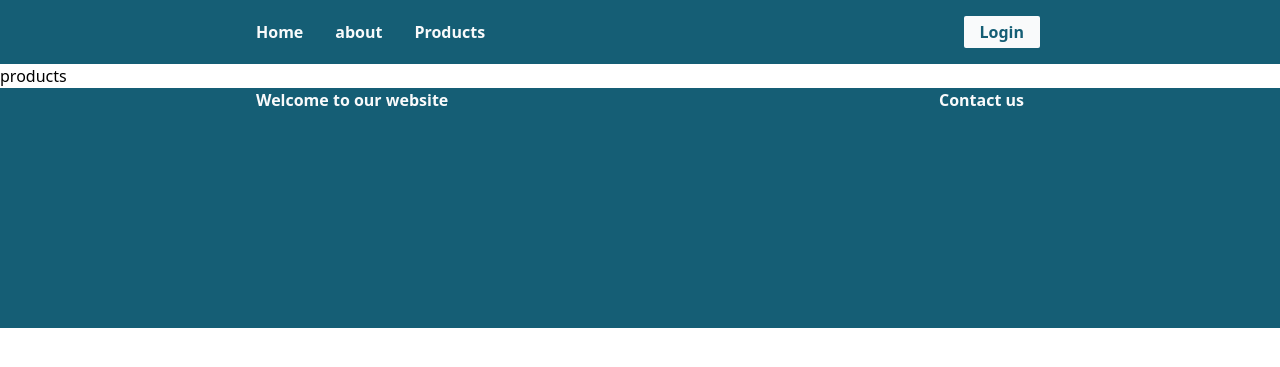
Repository: Sanaa00/svelte-test
Page: /Product
The author's editor kept a copy of each file at every save. The page is drawn from the files as they stood at one save, then again after the next save.
The browser window is 1280 px wide. The pictures show the whole page.
The page's requests for data from a server got no answer. The project was rebuilt for these pictures with package versions that can differ from the ones it lists, and the page was loaded fresh each time. The framework's server and built-in components were replaced by stand-ins that run in the browser. No one was signed in, and anything a server would have sent is missing. Also part of the build but not shown: svelte.config.js, vite.config.js.

Above is the page before, as saved 2024-12-08 20:48:48.

After the next save:
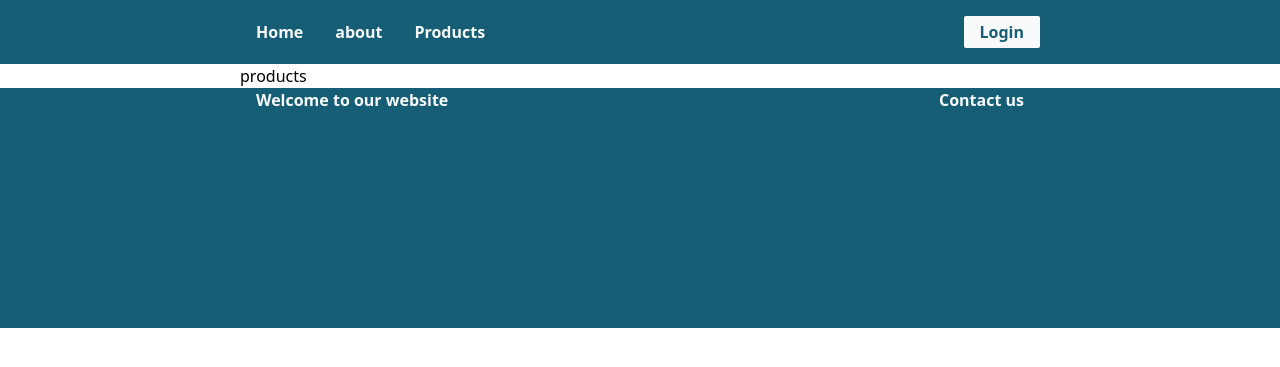
Saved 5 min 0 s later.
--- a/src/routes/Product/+page.svelte
+++ b/src/routes/Product/+page.svelte
@@ -7,7 +7,7 @@
 	});
 </script>
 
-<div>
+<div class="px-60">
 	products
 	<div class="grid grid-cols-3">
 		{#each $dataStore as item}
